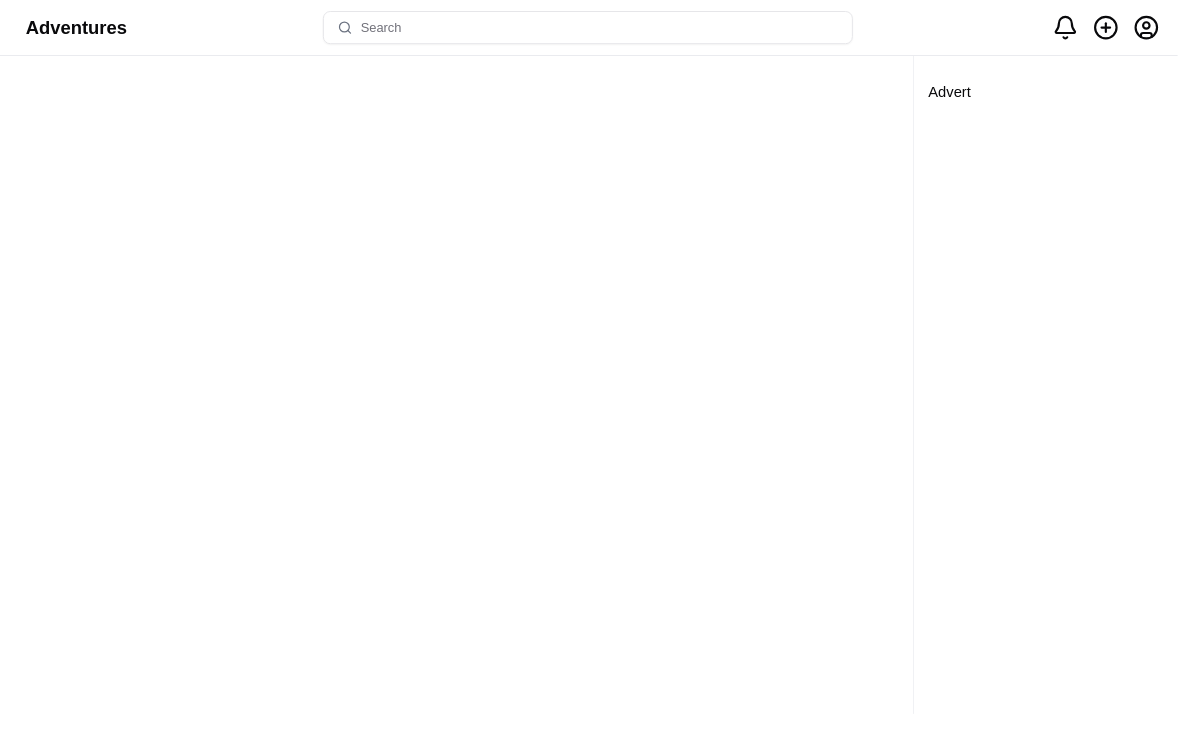
Repository: IssaMuiz/afrixpace-frontend
Page: /
An editor plug-in stored every save of this project. The page is shown before and after the next save, followed by the edit.
The browser window is 1280 px wide. The pictures show the whole page, at 92% of full size.
The page's requests for data from a server got no answer. The project was rebuilt for these pictures with package versions that can differ from the ones it lists, and the page was loaded fresh each time. The framework's server and built-in components were replaced by stand-ins that run in the browser. No one was signed in, and anything a server would have sent is missing. Also part of the build but not shown: next.config.ts, components/ui/card.tsx, components/Vote.tsx, components/PostCard.tsx.

Above is the page before, as saved 2025-02-05 05:55:39.

### app/layout.tsx
import type { Metadata } from "next";
import { Geist, Geist_Mono } from "next/font/google";
import "./globals.css";
import LayoutWrapper from "@/components/LayoutWrapper";

const geistSans = Geist({
  variable: "--font-geist-sans",
  subsets: ["latin"],
});

const geistMono = Geist_Mono({
  variable: "--font-geist-mono",
  subsets: ["latin"],
});

export const metadata: Metadata = {
  title: "Adventurer app",
  description: "Share your adventure experience here",
};

export default function RootLayout({
  children,
}: Readonly<{
  children: React.ReactNode;
}>) {
  return (
    <html lang="en">
      <body
        className={`${geistSans.variable} ${geistMono.variable} min-h-screen antialiased`}
      >
        <LayoutWrapper>{children}</LayoutWrapper>
      </body>
    </html>
  );
}

### app/page.tsx
import Feed from "@/components/Feed";

const HomePage = () => {
  return (
    <div className="h-screen ">
      <Feed />
    </div>
  );
};

export default HomePage;

### components/LayoutWrapper.tsx
"use client";

import Navbar from "@/components/Navbar";
import Sidebar from "@/components/Sidebar";
import AdvertBar from "@/components/Advertbar";
import { useState } from "react";

export default function LayoutWrapper({
  children,
}: Readonly<{
  children: React.ReactNode;
}>) {
  const [isSidebarOpen, setIsSidebarOpen] = useState(false);

  return (
    <div>
      <Navbar onMenuClick={() => setIsSidebarOpen(true)} />
      <div className="grid grid-rows-1 lg:grid-rows-[1fr_250px] xl:grid-rows-[250px_1fr_300px] gap-6 h-screen p-4">
        <Sidebar
          isOpen={isSidebarOpen}
          onClose={() => setIsSidebarOpen(false)}
        />

        <main className=" lg:mr-[290px]  xl:mx-[300px]">{children}</main>
        <AdvertBar />
      </div>
    </div>
  );
}

### components/Feed.tsx
"use client";

import { useEffect, useState } from "react";
import PostCard from "./PostCard";

interface Post {
  id: string;
  title: string;
  content: string;
  votes: number;
  mediaUrl?: string;
  mediaType: "image" | "video";
}

const Feed = () => {
  const [posts, setPosts] = useState<Post[]>([]);

  useEffect(() => {
    async function fetchPost() {
      const res = await fetch("/api/posts");
      const data = await res.json();
      setPosts(data);
    }
    fetchPost();
  }, []);
  return (
    <section className="space-y-6 mt-20">
      {posts.map((post) => (
        <PostCard key={post.id} post={post} />
      ))}
    </section>
  );
};

export default Feed;

### components/Navbar.tsx
"use client";
import { Button } from "./ui/button";
import { Input } from "./ui/input";
import { Search } from "lucide-react";
import { Menu } from "lucide-react";
import { BellIcon } from "lucide-react";
import { UserCircle } from "lucide-react";
import { PlusCircle } from "lucide-react";

interface NavbarProps {
  onMenuClick: () => void;
}

const Navbar = ({ onMenuClick }: NavbarProps) => {
  return (
    <nav className="border-b bg-white z-20 fixed left-0 right-0 top-0 border-gray-200 px-4 py-3 flex justify-between items-center">
      <div className="flex space-x-3 items-center">
        <Button
          onClick={onMenuClick}
          className="xl:hidden block hover:bg-gray-300 rounded-full  cursor-pointer border-none shadow-none p-1"
          variant="outline"
        >
          <Menu className="min-h-7 min-w-7" />
        </Button>
        <h1 className="lg:hidden block text-2xl font-semibold">A</h1>
        <h1 className="text-xl font-semibold hidden lg:flex">Adventures</h1>
      </div>
      <div className="relative max-w-xl flex-1 mx-5">
        <Search className=" h-4 absolute left-3 top-1/2 transform -translate-y-1/2 text-gray-500" />
        <Input
          type="text"
          placeholder="Search"
          className="pl-10 w-full border rounded-lg"
        />
      </div>

      <div className=" flex space-x-2">
        <Button
          className=" hover:bg-gray-300 rounded-full cursor-pointer border-none shadow-none p-1 "
          variant="outline"
        >
          <BellIcon className="min-h-7 min-w-7" />
        </Button>
        <Button
          className=" hover:bg-gray-300 rounded-full cursor-pointer border-none shadow-none p-1"
          variant="outline"
        >
          <PlusCircle className="min-h-7 min-w-7" />
        </Button>
        <Button
          className=" hover:bg-gray-300 rounded-full cursor-pointer border-none shadow-none p-1"
          variant="outline"
        >
          <UserCircle className="min-h-7 min-w-7" />
        </Button>

        {/* <Button variant="outline" className="hover:bg-gray-100">
          Login
        </Button>
        <Button className="hover:bg-white hover:text-black ">Sign up</Button> */}
      </div>
    </nav>
  );
};

export default Navbar;

### components/Sidebar.tsx
"use client";

import Link from "next/link";
import { usePathname } from "next/navigation";
import { categories } from "@/constant";
import { cn } from "@/lib/utils";
import { useEffect, useRef } from "react";

interface SidebarProps {
  isOpen: boolean;
  onClose: () => void;
}

const Sidebar = ({ isOpen, onClose }: SidebarProps) => {
  const sidebarRef = useRef<HTMLDivElement | null>(null);

  useEffect(() => {
    const handleOutsideClick = (event: MouseEvent) => {
      if (
        isOpen &&
        sidebarRef.current &&
        !sidebarRef.current.contains(event.target as Node)
      ) {
        onClose();
      }
    };

    document.addEventListener("mousedown", handleOutsideClick);
    return () => document.removeEventListener("mousedown", handleOutsideClick);
  }, [isOpen, onClose]);

  const pathname = usePathname();
  return (
    <aside
      ref={sidebarRef}
      className={cn(
        "fixed hidden xl:block top-14 left-0 bottom-0 w-72 border-r border-gray-200 h-screen dark:bg-gray-900 px-4 pt-12 transition-transform z-50",
        isOpen ? "translate-x-0" : "-translate-x-full"
      )}
    >
      <ul className="space-y-2">
        {categories.map((cat) => (
          <li key={cat.name}>
            <Link
              href={`/${cat.path}`}
              className={cn(
                "flex items-center gap-3 p-3 rounded-md hover:bg-gray-200 dark:hover:bg-gray-800 transition",
                pathname === `/${cat.path}` &&
                  "bg-gray-300 dark:bg-gray-700 font-semibold"
              )}
            >
              <cat.icon className="w-5 h-5" />
              <span>{cat.name}</span>
            </Link>
          </li>
        ))}
      </ul>
    </aside>
  );
};

export default Sidebar;

### components/Advertbar.tsx
const AdvertBar = () => {
  return (
    <aside className="hidden lg:block fixed right-0 top-14 bottom-0 w-72 border-l border-gray-200 h-full bg-white pt-8 px-4">
      Advert
    </aside>
  );
};

export default AdvertBar;

### components/ui/button.tsx
import * as React from "react"
import { Slot } from "@radix-ui/react-slot"
import { cva, type VariantProps } from "class-variance-authority"

import { cn } from "@/lib/utils"

const buttonVariants = cva(
  "inline-flex items-center justify-center gap-2 whitespace-nowrap rounded-md text-sm font-medium transition-colors focus-visible:outline-none focus-visible:ring-1 focus-visible:ring-ring disabled:pointer-events-none disabled:opacity-50 [&_svg]:pointer-events-none [&_svg]:size-4 [&_svg]:shrink-0",
  {
    variants: {
      variant: {
        default:
          "bg-primary text-primary-foreground shadow hover:bg-primary/90",
        destructive:
          "bg-destructive text-destructive-foreground shadow-sm hover:bg-destructive/90",
        outline:
          "border border-input bg-background shadow-sm hover:bg-accent hover:text-accent-foreground",
        secondary:
          "bg-secondary text-secondary-foreground shadow-sm hover:bg-secondary/80",
        ghost: "hover:bg-accent hover:text-accent-foreground",
        link: "text-primary underline-offset-4 hover:underline",
      },
      size: {
        default: "h-9 px-4 py-2",
        sm: "h-8 rounded-md px-3 text-xs",
        lg: "h-10 rounded-md px-8",
        icon: "h-9 w-9",
      },
    },
    defaultVariants: {
      variant: "default",
      size: "default",
    },
  }
)

export interface ButtonProps
  extends React.ButtonHTMLAttributes<HTMLButtonElement>,
    VariantProps<typeof buttonVariants> {
  asChild?: boolean
}

const Button = React.forwardRef<HTMLButtonElement, ButtonProps>(
  ({ className, variant, size, asChild = false, ...props }, ref) => {
    const Comp = asChild ? Slot : "button"
    return (
      <Comp
        className={cn(buttonVariants({ variant, size, className }))}
        ref={ref}
        {...props}
      />
    )
  }
)
Button.displayName = "Button"

export { Button, buttonVariants }

### components/ui/input.tsx
import * as React from "react"

import { cn } from "@/lib/utils"

const Input = React.forwardRef<HTMLInputElement, React.ComponentProps<"input">>(
  ({ className, type, ...props }, ref) => {
    return (
      <input
        type={type}
        className={cn(
          "flex h-9 w-full rounded-md border border-input bg-transparent px-3 py-1 text-base shadow-sm transition-colors file:border-0 file:bg-transparent file:text-sm file:font-medium file:text-foreground placeholder:text-muted-foreground focus-visible:outline-none focus-visible:ring-1 focus-visible:ring-ring disabled:cursor-not-allowed disabled:opacity-50 md:text-sm",
          className
        )}
        ref={ref}
        {...props}
      />
    )
  }
)
Input.displayName = "Input"

export { Input }

### constant.ts
import { Home, Users, Globe, HeartPulseIcon } from "lucide-react";

export const categories = [
  {
    name: "Home",
    icon: Home,
    path: "/",
  },
  {
    name: "Politics",
    icon: Users,
    path: "explore/politics",
  },
  {
    name: "Technology",
    icon: Globe,
    path: "explore/technology",
  },
  {
    name: "Health",
    icon: HeartPulseIcon,
    path: "explore/health",
  },
];

### lib/utils.ts
/* eslint-disable @typescript-eslint/no-explicit-any */
import { clsx } from "clsx";
import { twMerge } from "tailwind-merge";

export function cn(...inputs: any[]) {
  return twMerge(clsx(inputs));
}

### tailwind.config.ts
import type { Config } from "tailwindcss";
import tailwindAnimate from "tailwindcss-animate";

export default {
  darkMode: ["class"],
  content: [
    "./pages/**/*.{js,ts,jsx,tsx,mdx}",
    "./components/**/*.{js,ts,jsx,tsx,mdx}",
    "./app/**/*.{js,ts,jsx,tsx,mdx}",
  ],
  theme: {
    extend: {
      colors: {
        background: "hsl(var(--background))",
        foreground: "hsl(var(--foreground))",
        card: {
          DEFAULT: "hsl(var(--card))",
          foreground: "hsl(var(--card-foreground))",
        },
        popover: {
          DEFAULT: "hsl(var(--popover))",
          foreground: "hsl(var(--popover-foreground))",
        },
        primary: {
          DEFAULT: "hsl(var(--primary))",
          foreground: "hsl(var(--primary-foreground))",
        },
        secondary: {
          DEFAULT: "hsl(var(--secondary))",
          foreground: "hsl(var(--secondary-foreground))",
        },
        muted: {
          DEFAULT: "hsl(var(--muted))",
          foreground: "hsl(var(--muted-foreground))",
        },
        accent: {
          DEFAULT: "hsl(var(--accent))",
          foreground: "hsl(var(--accent-foreground))",
        },
        destructive: {
          DEFAULT: "hsl(var(--destructive))",
          foreground: "hsl(var(--destructive-foreground))",
        },
        border: "hsl(var(--border))",
        input: "hsl(var(--input))",
        ring: "hsl(var(--ring))",
        chart: {
          "1": "hsl(var(--chart-1))",
          "2": "hsl(var(--chart-2))",
          "3": "hsl(var(--chart-3))",
          "4": "hsl(var(--chart-4))",
          "5": "hsl(var(--chart-5))",
        },
      },
      borderRadius: {
        lg: "var(--radius)",
        md: "calc(var(--radius) - 2px)",
        sm: "calc(var(--radius) - 4px)",
      },
    },
  },

  plugins: [tailwindAnimate],
} satisfies Config;

Loaded but not shown: app/globals.css (common file)

After the next save:
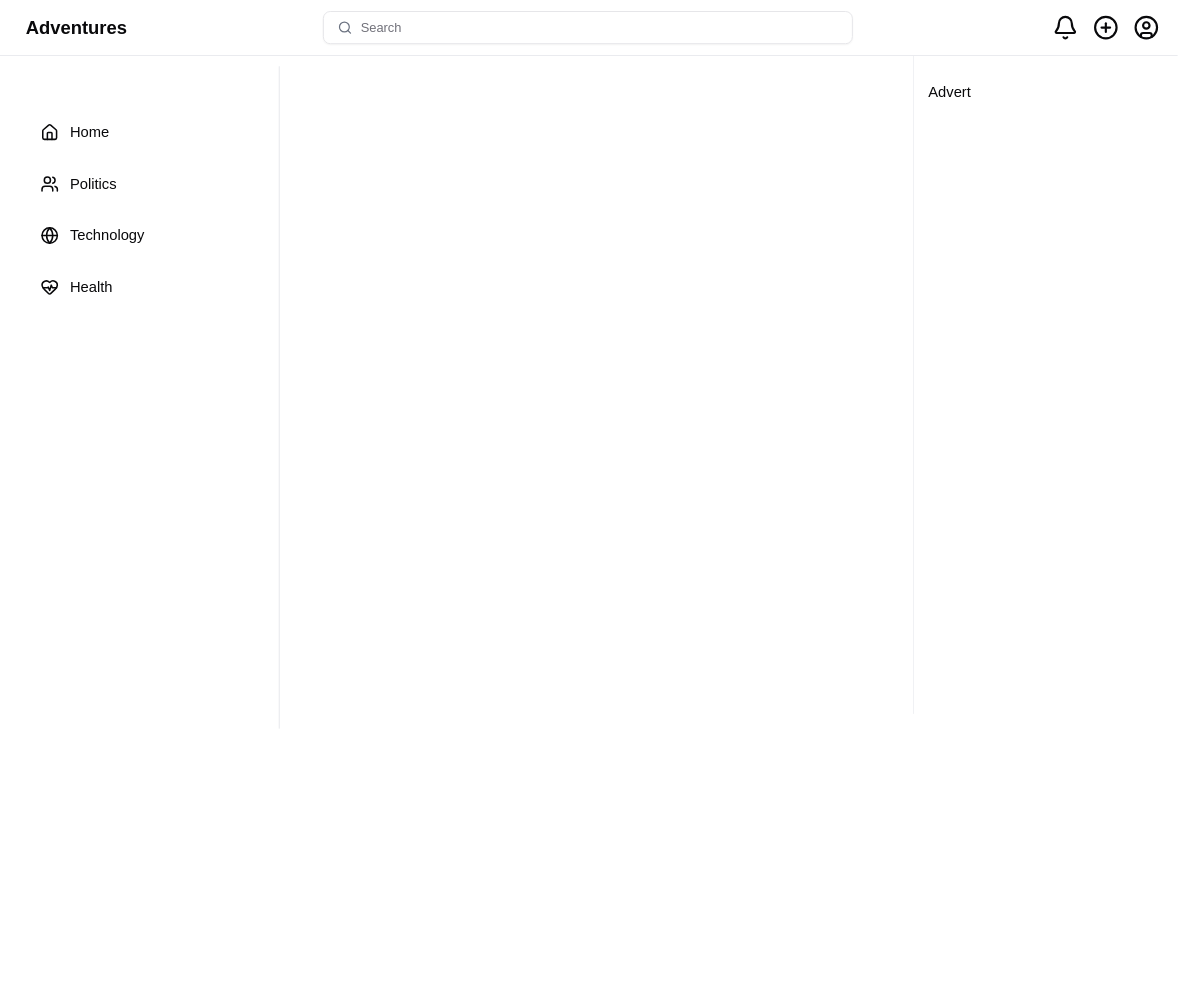
Saved 16 min 14 s later.
--- a/components/Sidebar.tsx
+++ b/components/Sidebar.tsx
@@ -31,31 +31,39 @@ const Sidebar = ({ isOpen, onClose }: SidebarProps) => {
 
   const pathname = usePathname();
   return (
-    <aside
-      ref={sidebarRef}
-      className={cn(
-        "fixed hidden xl:block top-14 left-0 bottom-0 w-72 border-r border-gray-200 h-screen dark:bg-gray-900 px-4 pt-12 transition-transform z-50",
-        isOpen ? "translate-x-0" : "-translate-x-full"
-      )}
-    >
-      <ul className="space-y-2">
-        {categories.map((cat) => (
-          <li key={cat.name}>
-            <Link
-              href={`/${cat.path}`}
-              className={cn(
-                "flex items-center gap-3 p-3 rounded-md hover:bg-gray-200 dark:hover:bg-gray-800 transition",
-                pathname === `/${cat.path}` &&
-                  "bg-gray-300 dark:bg-gray-700 font-semibold"
-              )}
-            >
-              <cat.icon className="w-5 h-5" />
-              <span>{cat.name}</span>
-            </Link>
-          </li>
-        ))}
-      </ul>
-    </aside>
+    <>
+      <div
+        className={cn(
+          "fixed inset-0 z-40 bg-black/30 transition-opacity xl:hidden",
+          isOpen ? "opacity-100 visible" : "opacity-0 invisible"
+        )}
+      ></div>
+      <aside
+        ref={sidebarRef}
+        className={cn(
+          "fixed top-14 left-0 bottom-0 w-72 border-r border-gray-200 h-screen dark:bg-gray-900 px-4 pt-12 transition-transform z-50 xl:relative xl:translate-x-0",
+          isOpen ? "translate-x-0" : "-translate-x-full"
+        )}
+      >
+        <ul className="space-y-2">
+          {categories.map((cat) => (
+            <li key={cat.name}>
+              <Link
+                href={`/${cat.path}`}
+                className={cn(
+                  "flex items-center gap-3 p-3 rounded-md hover:bg-gray-200 dark:hover:bg-gray-800 transition",
+                  pathname === `/${cat.path}` &&
+                    "bg-gray-300 dark:bg-gray-700 font-semibold"
+                )}
+              >
+                <cat.icon className="w-5 h-5" />
+                <span>{cat.name}</span>
+              </Link>
+            </li>
+          ))}
+        </ul>
+      </aside>
+    </>
   );
 };
 
